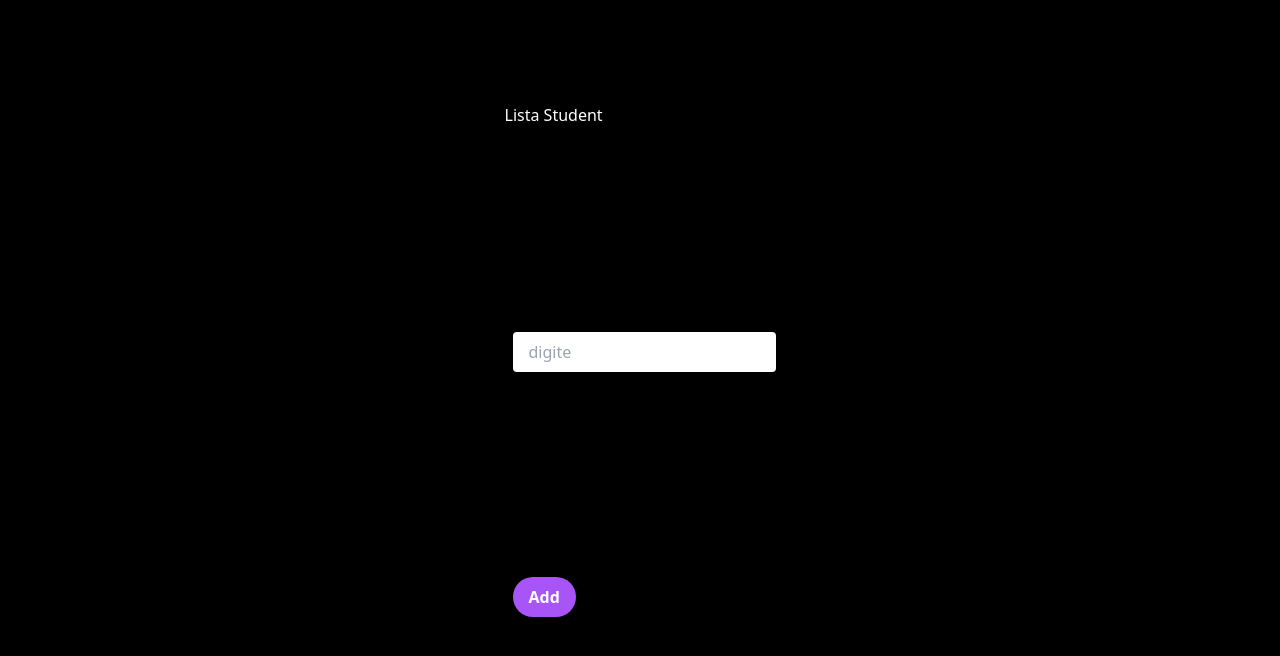
Repository: LuisSempre/FundamentosReact
Page: /
These files come from the project's save history. The page is drawn as it stood at one moment and after the next save; the edit follows.
The browser window is 1280 px wide. The pictures show the whole page.
The project was rebuilt for these pictures with package versions that can differ from the ones it lists, and the page was loaded fresh each time. Also part of the build but not shown: vite.config.js, src/components/Card.jsx.

Above is the page before, as saved 2022-06-28 18:18:55.

After the next save:
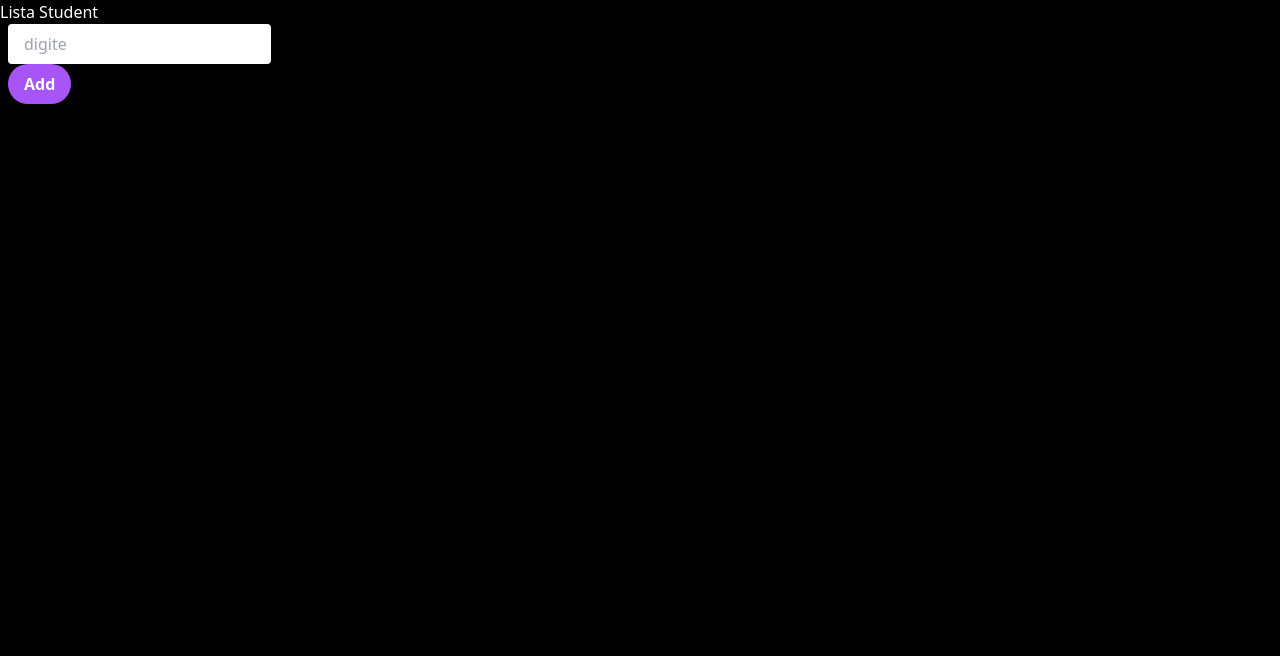
Saved 10 s later.
--- a/src/pages/Home.jsx
+++ b/src/pages/Home.jsx
@@ -17,7 +17,7 @@ export function Home() {
     setStudents((prevState) => [...prevState, newStudent]);
   }
   return (
-    <div className="grid items-center justify-center w-full h-screen space-x-2">
+    <div className="items-center justify-center w-full h-screen space-x-2">
       <div>
         <h1>Lista {student} </h1>
       </div>
